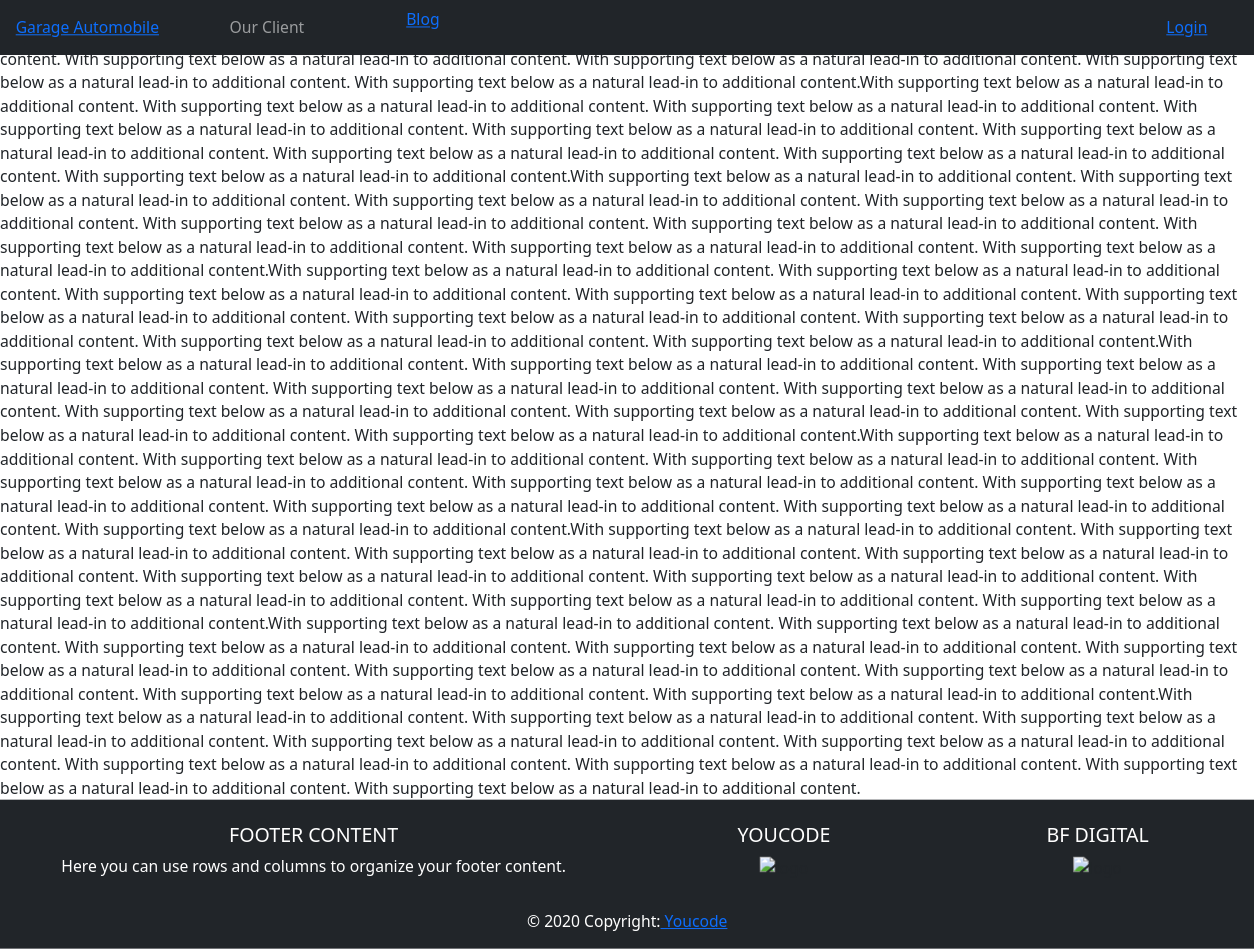
Repository: abdelhak-f/Fil-Rouge
Page: /register (app in client/)
An editor plug-in stored every save of this project. The page is shown before and after the next save, followed by the edit.
The browser window is 1280 px wide. The pictures show the whole page, at 98% of full size.
The project was rebuilt for these pictures with package versions that can differ from the ones it lists, and the page was loaded fresh each time. Also part of the build but not shown: client/src/components/Text.jsx, client/src/components/forms/FirstFrontForm.jsx, client/src/components/Body.jsx, client/src/components/css/style.css, client/src/components/Blog.jsx, client/src/components/forms/FormGarage.jsx, client/src/components/loged/login/Login.jsx.

Above is the page before, as saved 2021-09-10 17:36:28.

### client/public/index.html
<!DOCTYPE html>
<html lang="en">
  <head>
    <meta charset="utf-8" />
    <link rel="icon" href="%PUBLIC_URL%/favicon.ico" />
    <meta name="viewport" content="width=device-width, initial-scale=1" />
    <meta name="theme-color" content="#000000" />
    <meta
      name="description"
      content="Web site created using create-react-app"
    />
    <!--   import bootstrao  -->
    <link
  rel="stylesheet"
  href="https://cdn.jsdelivr.net/npm/bootstrap@5.1.0/dist/css/bootstrap.min.css"
  integrity="sha384-KyZXEAg3QhqLMpG8r+8fhAXLRk2vvoC2f3B09zVXn8CA5QIVfZOJ3BCsw2P0p/We"
  crossorigin="anonymous"
  />

    <link rel="apple-touch-icon" href="%PUBLIC_URL%/logo192.png" />
    <!--
      manifest.json provides metadata used when your web app is installed on a
      user's mobile device or desktop. See https://developers.google.com/web/fundamentals/web-app-manifest/
    -->
    <link rel="manifest" href="%PUBLIC_URL%/manifest.json" />
    <!--
      Notice the use of %PUBLIC_URL% in the tags above.
      It will be replaced with the URL of the `public` folder during the build.
      Only files inside the `public` folder can be referenced from the HTML.

      Unlike "/favicon.ico" or "favicon.ico", "%PUBLIC_URL%/favicon.ico" will
      work correctly both with client-side routing and a non-root public URL.
      Learn how to configure a non-root public URL by running `npm run build`.
    -->
    <title>React App</title>
  </head>
  <body>
    <noscript>You need to enable JavaScript to run this app.</noscript>
    <div id="root"></div>
    <!--
      This HTML file is a template.
      If you open it directly in the browser, you will see an empty page.

      You can add webfonts, meta tags, or analytics to this file.
      The build step will place the bundled scripts into the <body> tag.

      To begin the development, run `npm start` or `yarn start`.
      To create a production bundle, use `npm run build` or `yarn build`.
    -->
  </body>
</html>

### client/src/index.js
import React from 'react';
import ReactDOM from 'react-dom';
import './index.css';
import App from './App';
import reportWebVitals from './reportWebVitals';

// import bootstrap
import 'bootstrap/dist/css/bootstrap.min.css';

ReactDOM.render(
  <React.StrictMode>
    <App />
  </React.StrictMode>,
  document.getElementById('root')
);

// If you want to start measuring performance in your app, pass a function
// to log results (for example: reportWebVitals(console.log))
// or send to an analytics endpoint. Learn more: https://bit.ly/CRA-vitals
reportWebVitals();

### client/src/App.js
// import './App.css';
import React from 'react';

import Navbar from './components/Nnavbar';
import Body from './components/Body';
import Footer from './components/Footer';
import Blog from './components/Blog';
import FormGarage from './components/forms/FormGarage'
import Login from './components/loged/login/Login';
import Register from './components/loged/register/Register';

import { BrowserRouter as Router, Switch, Route } from 'react-router-dom';






function App() {
  return (


    <>
<Router>

     <Navbar />




    <Switch>
    <Route  path="/" exact component={Body} />
    <Route  path="/Blog" component={Blog} />
    <Route  path="/FormGarage" component={FormGarage} />
    <Route  path="/login" component={Login} />
    <Route  path="/register" component={Register} />
    </Switch>

    <Footer/>
</Router>
    </>

  );
}

export default App;

### client/src/components/Nnavbar.jsx
import React from 'react';
import { NavLink } from 'react-router-dom';

import * as ReactBootstrap from 'react-bootstrap';









function Navbar() {
    return(
      <>

            <ReactBootstrap.Navbar className="mb-5" collapseOnSelect expand="lg" bg="dark" variant="dark" fixed="top">

 <NavLink className="mx-3" to="/">Garage Automobile</NavLink>
 <ReactBootstrap.Navbar.Toggle aria-controls="responsive-navbar-nav" />
 <ReactBootstrap.Navbar.Collapse id="responsive-navbar-nav">
   <ReactBootstrap.Nav className="me-auto">
     <ReactBootstrap.Nav.Link className="mx-5" href="#features">Our Client</ReactBootstrap.Nav.Link>
     <NavLink  className="px-5" to="/blog">Blog</NavLink>
     {/* <ReactBootstrap.NavDropdown title="Dropdown" id="collasible-nav-dropdown">
       <ReactBootstrap.NavDropdown.Item href="#action/3.1">Action</ReactBootstrap.NavDropdown.Item>
       <ReactBootstrap.NavDropdown.Item href="#action/3.2">Another action</ReactBootstrap.NavDropdown.Item>
       <ReactBootstrap.NavDropdown.Item href="#action/3.3">Something</ReactBootstrap.NavDropdown.Item>
       <ReactBootstrap.NavDropdown.Divider />
       <ReactBootstrap.NavDropdown.Item href="#action/3.4">Separated link</ReactBootstrap.NavDropdown.Item>
     </ReactBootstrap.NavDropdown> */}
   </ReactBootstrap.Nav>
   <ReactBootstrap.Nav>
     <NavLink  className="px-5"  to="/login"> Login</NavLink>
     {/* <ReactBootstrap.Nav.Link eventKey={2} href="#memes">
       Admin
     </ReactBootstrap.Nav.Link> */}
   </ReactBootstrap.Nav>
 </ReactBootstrap.Navbar.Collapse>

</ReactBootstrap.Navbar>





</>

    )
}

export default Navbar ;

### client/src/components/Footer.jsx
import React from "react";


function Footer () {
    return(
<footer  className="pt-4 page-footer font-small blue bg-dark ">
    <div className="text-center container-fluid text-md-left ">
        <div className="row">
            <div className="mt-3 text-white col-md-6 mt-md-0">
                <h5 className=" text-uppercase">Footer Content</h5>
                <p >Here you can use rows and columns to organize your footer content.</p>
            </div>

            <hr className="clearfix pb-0 w-100 d-md-none"/>

            <div className="mb-3 col-md-3 mb-md-0">
                <h5 className="text-white text-uppercase">Youcode</h5>
                <img src="" alt="logo" width={300} /></div>

            <div className="mb-3 col-md-3 mb-md-0">
                <h5 className="text-white text-uppercase " >BF Digital</h5>
                <img src="" alt="logo" width={300} />
            </div>
        </div>
    </div>

    <div className="py-3 text-center text-white footer-copyright " >© 2020 Copyright:
        <a href="https://www.youcode.ma/"> Youcode</a>
    </div>

</footer>
)

}

export default Footer

### client/src/components/loged/register/Register.jsx
import React from 'react'

function Register() {
    return (
        <div>
            With supporting text below as a natural lead-in to additional content.
                 With supporting text below as a natural lead-in to additional content.
                 With supporting text below as a natural lead-in to additional content.
                 With supporting text below as a natural lead-in to additional content.
                 With supporting text below as a natural lead-in to additional content.
                 With supporting text below as a natural lead-in to additional content.
                 With supporting text below as a natural lead-in to additional content.
                 With supporting text below as a natural lead-in to additional content.
                 With supporting text below as a natural lead-in to additional content.With supporting text below as a natural lead-in to additional content.
                 With supporting text below as a natural lead-in to additional content.
                 With supporting text below as a natural lead-in to additional content.
                 With supporting text below as a natural lead-in to additional content.
                 With supporting text below as a natural lead-in to additional content.
                 With supporting text below as a natural lead-in to additional content.
                 With supporting text below as a natural lead-in to additional content.
                 With supporting text below as a natural lead-in to additional content.
                 With supporting text below as a natural lead-in to additional content.With supporting text below as a natural lead-in to additional content.
                 With supporting text below as a natural lead-in to additional content.
                 With supporting text below as a natural lead-in to additional content.
                 With supporting text below as a natural lead-in to additional content.
                 With supporting text below as a natural lead-in to additional content.
                 With supporting text below as a natural lead-in to additional content.
                 With supporting text below as a natural lead-in to additional content.
                 With supporting text below as a natural lead-in to additional content.
                 With supporting text below as a natural lead-in to additional content.With supporting text below as a natural lead-in to additional content.
                 With supporting text below as a natural lead-in to additional content.
                 With supporting text below as a natural lead-in to additional content.
                 With supporting text below as a natural lead-in to additional content.
                 With supporting text below as a natural lead-in to additional content.
                 With supporting text below as a natural lead-in to additional content.
                 With supporting text below as a natural lead-in to additional content.
                 With supporting text below as a natural lead-in to additional content.
                 With supporting text below as a natural lead-in to additional content.With supporting text below as a natural lead-in to additional content.
                 With supporting text below as a natural lead-in to additional content.
                 With supporting text below as a natural lead-in to additional content.
                 With supporting text below as a natural lead-in to additional content.
                 With supporting text below as a natural lead-in to additional content.
                 With supporting text below as a natural lead-in to additional content.
                 With supporting text below as a natural lead-in to additional content.
                 With supporting text below as a natural lead-in to additional content.
                 With supporting text below as a natural lead-in to additional content.With supporting text below as a natural lead-in to additional content.
                 With supporting text below as a natural lead-in to additional content.
                 With supporting text below as a natural lead-in to additional content.
                 With supporting text below as a natural lead-in to additional content.
                 With supporting text below as a natural lead-in to additional content.
                 With supporting text below as a natural lead-in to additional content.
                 With supporting text below as a natural lead-in to additional content.
                 With supporting text below as a natural lead-in to additional content.
                 With supporting text below as a natural lead-in to additional content.With supporting text below as a natural lead-in to additional content.
                 With supporting text below as a natural lead-in to additional content.
                 With supporting text below as a natural lead-in to additional content.
                 With supporting text below as a natural lead-in to additional content.
                 With supporting text below as a natural lead-in to additional content.
                 With supporting text below as a natural lead-in to additional content.
                 With supporting text below as a natural lead-in to additional content.
                 With supporting text below as a natural lead-in to additional content.
                 With supporting text below as a natural lead-in to additional content.With supporting text below as a natural lead-in to additional content.
                 With supporting text below as a natural lead-in to additional content.
                 With supporting text below as a natural lead-in to additional content.
                 With supporting text below as a natural lead-in to additional content.
                 With supporting text below as a natural lead-in to additional content.
                 With supporting text below as a natural lead-in to additional content.
                 With supporting text below as a natural lead-in to additional content.
                 With supporting text below as a natural lead-in to additional content.
                 With supporting text below as a natural lead-in to additional content.With supporting text below as a natural lead-in to additional content.
                 With supporting text below as a natural lead-in to additional content.
                 With supporting text below as a natural lead-in to additional content.
                 With supporting text below as a natural lead-in to additional content.
                 With supporting text below as a natural lead-in to additional content.
                 With supporting text below as a natural lead-in to additional content.
                 With supporting text below as a natural lead-in to additional content.
                 With supporting text below as a natural lead-in to additional content.
                 With supporting text below as a natural lead-in to additional content.
        </div>
    )
}

export default Register

Loaded but not shown: client/src/index.css (common file); client/src/reportWebVitals.js (common file)

After the next save:
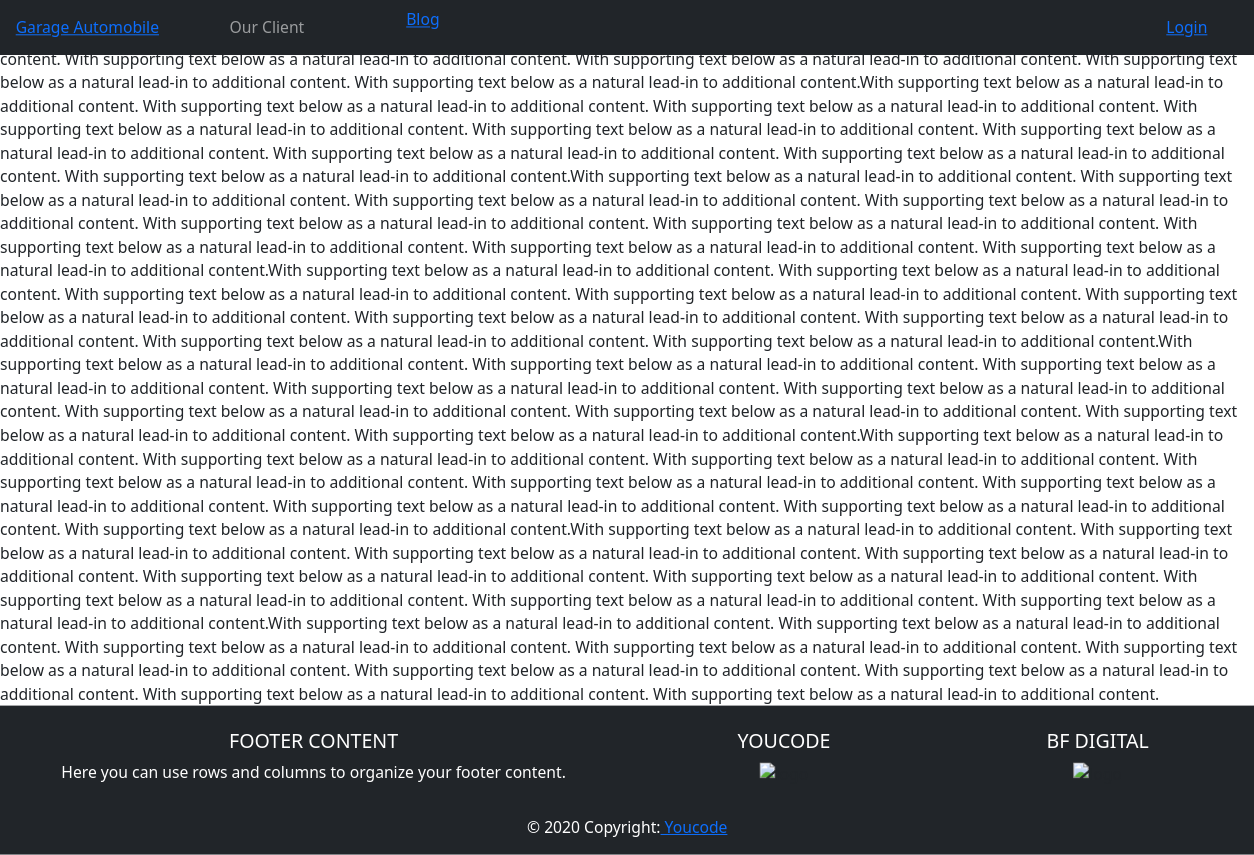
Saved 9 s later.
--- a/client/src/components/loged/register/Register.jsx
+++ b/client/src/components/loged/register/Register.jsx
@@ -67,14 +67,6 @@ function Register() {
                  With supporting text below as a natural lead-in to additional content.
                  With supporting text below as a natural lead-in to additional content.
                  With supporting text below as a natural lead-in to additional content.
-                 With supporting text below as a natural lead-in to additional content.With supporting text below as a natural lead-in to additional content.
-                 With supporting text below as a natural lead-in to additional content.
-                 With supporting text below as a natural lead-in to additional content.
-                 With supporting text below as a natural lead-in to additional content.
-                 With supporting text below as a natural lead-in to additional content.
-                 With supporting text below as a natural lead-in to additional content.
-                 With supporting text below as a natural lead-in to additional content.
-                 With supporting text below as a natural lead-in to additional content.
                  With supporting text below as a natural lead-in to additional content.
         </div>
     )
